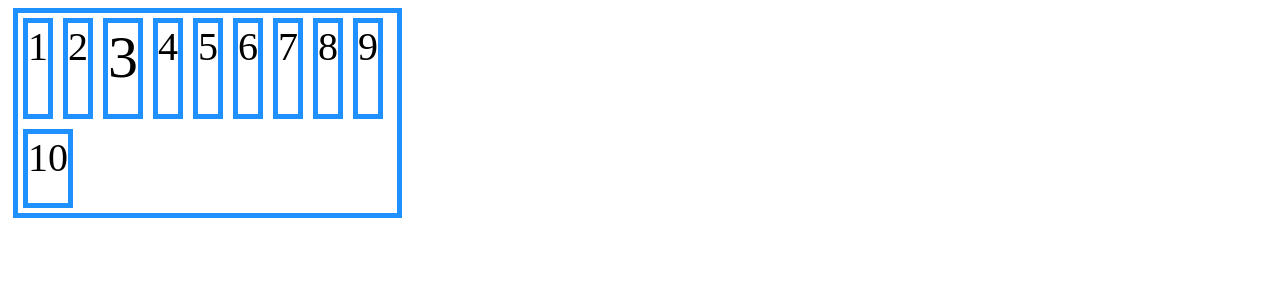
Repository: eversonps/flexbox-grid-css
Page: flexbox/flexbox1.html
An editor plug-in stored every save of this project. The page is shown before and after the next save, followed by the edit.
The browser window is 1280 px wide. The pictures show the whole page.

Above is the page before, as saved 2022-03-23 15:21:01.

After the next save:
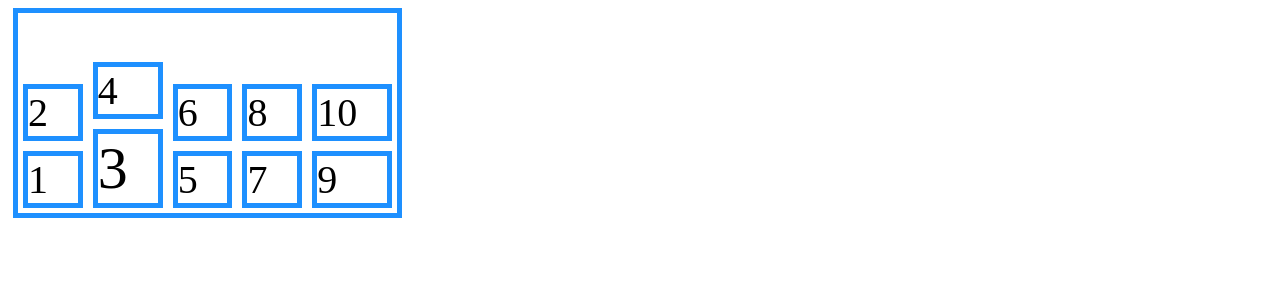
Saved 57 s later.
--- a/flexbox/flexbox1.html
+++ b/flexbox/flexbox1.html
@@ -27,6 +27,7 @@
             flex-wrap: wrap;
             flex-wrap: wrap-reverse;
             flex-flow: row wrap;
+            flex-flow: column-reverse wrap;
         }
 
     </style>

After the 2 saves that followed:
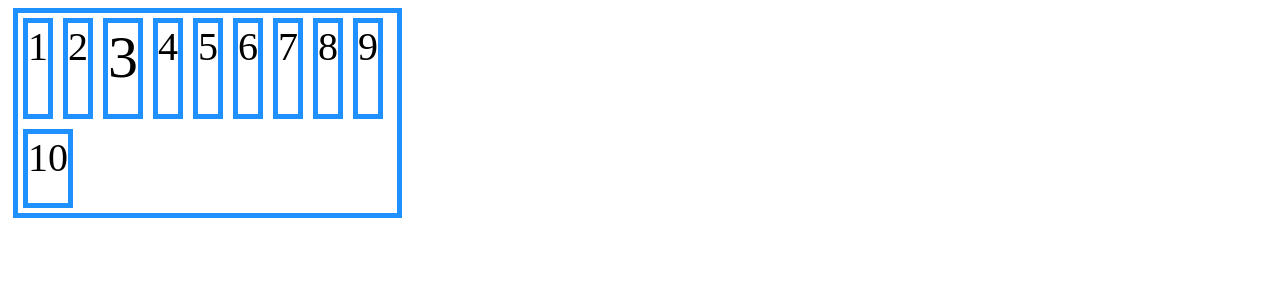
The 2 saves are shown as one change because 1 left the picture as it was.
The last was saved 87 s later.
--- a/flexbox/flexbox1.html
+++ b/flexbox/flexbox1.html
@@ -23,11 +23,12 @@
             flex-direction: row-reverse;
             flex-direction: row;
             width: 30%;
-            height: 200px;
             flex-wrap: wrap;
             flex-wrap: wrap-reverse;
             flex-flow: row wrap;
+            height: 200px;
             flex-flow: column-reverse wrap;
+            flex-flow: row wrap;
         }
 
     </style>
